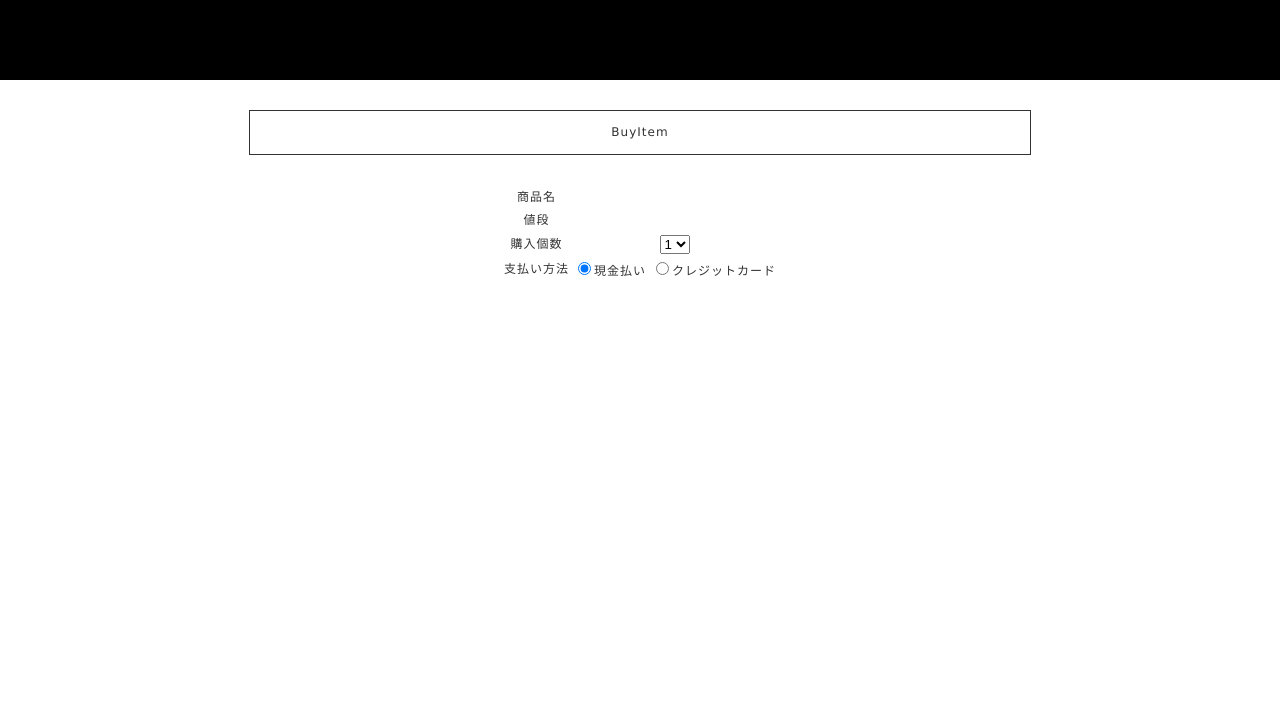
Repository: user-yo-yo/test
Page: http://localhost/ecsite/buyItem.jsp
The author's editor kept a copy of each file at every save. The page is drawn from the files as they stood at one save, then again after the next save.
The browser window is 1280 px wide. The pictures show the whole page.
The page is served by Tomcat 9. Other server files are loaded and not shown.

Above is the page before, as saved 2019-03-08 02:11:30.

### ecsite/WebContent/buyItem.jsp
<%@ page language="java" contentType="text/html; charset=UTF-8"
    pageEncoding="UTF-8"%>
<%@ taglib prefix="s" uri="/struts-tags"%>
<!DOCTYPE html>
<html>
<head>
<meta http-equiv="Content-Type" content="text/html; charset=UTF-8" />
<meta http-equiv="Content-Style-Type" content="text/css" />
<meta http-equiv="Content-Script-Type" content="text/javascript" />
<meta http-equiv="imagetoolbar" content="no" />
<meta name="description" content="" />
<meta name="keywords" content="" />
<title>Home画面</title>

<style type="text/css">
/* ========TAG LAYOUT======== */
body{
	margin:0;
	padding:0;
	line-height:1.6;
	letter-spacing:1px;
	font-family:Verdana,Helvetica,sans-serif;
	font-size:12px;
	color:#333;
	background:#fff;
}

table{
	text-align:center;
	margin:0 auto;
}

/* ========ID LAYOUT======== */
#top{
	width:780px;
	margin:30px auto;
	border:1px solid #333;
}

#header{
	width:100%;
	height:80px;
	background-color:black;
}

#main{
	width:100%;
	height:500px;
	text-align:center;
}

#footer{
	width:100%;
	height:80px;
	background-color:black;
	clear:both;
}

#text-center{
	display:inline-block;
	text-align:center;
}

</style>

</head>
<body>
	<div id="header">
		<div id="pr">
		</div>
	</div>

	<div id="main">
		<div id="top">
			<p>BuyItem</p>
		</div>
		<div>
			<s:form action="BuyItemAction">
				<table>
					<tr>
						<td>
							<span>商品名</span>
						</td>
						<td>
							<s:property value="session.buyItem_name" />
							<br>
						</td>
					</tr>
					<tr>
						<td>
							<span>値段</span>
						</td>
						<td>
							<s:property value="session.buyItem_price" />
							<br>
						</td>
					</tr>
					<tr>
						<td>
							<span>購入個数</span>
						</td>
						<td>
							<select name="count">
								<option value="1" selected="selected">1</option>
								<option value="2">2</option>
								<option value="3">3</option>
								<option value="4">4</option>
								<option value="5">5</option>
							</select>
						</td>
					</tr>
					<tr>
						<td>
							<span>支払い方法</span>
						</td>
						<td>
							<input type="radio" name="pay" value="1" checked="checked">現金払い
							<input type="radio" name="pay" value="2">クレジットカード
						</td>
					</tr>
				</table>
			</s:form>
		</div>
	</div>
</body>
</html>

After the next save:
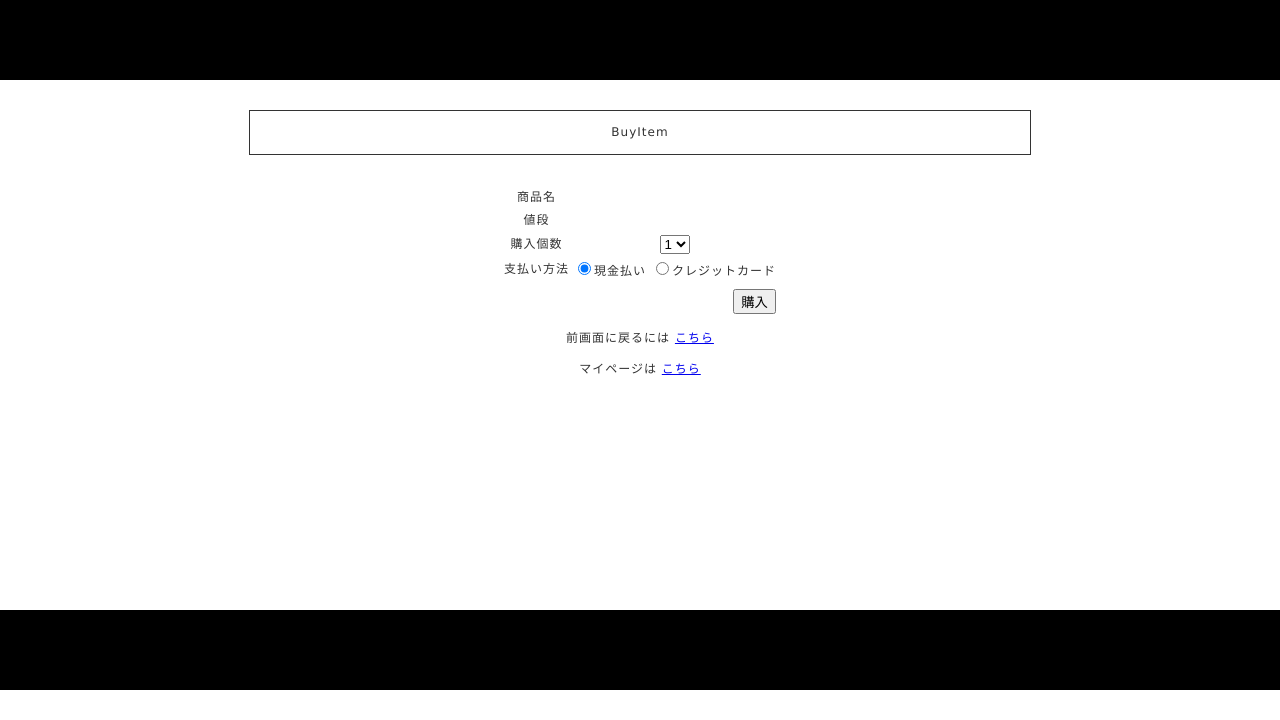
Saved 3 min 43 s later.
--- a/ecsite/WebContent/buyItem.jsp
+++ b/ecsite/WebContent/buyItem.jsp
@@ -118,8 +118,25 @@
 							<input type="radio" name="pay" value="2">クレジットカード
 						</td>
 					</tr>
+					<tr>
+						<td>
+							<s:submit value="購入" />
+						</td>
+					</tr>
 				</table>
 			</s:form>
+		<div>
+			<p>
+				前画面に戻るには <a href='<s:url action="GoHomeAction" />'>こちら</a>
+			</p>
+			<p>
+				マイページは <a href='<s:url action="MyPageAction" />'>こちら</a>
+			</p>
+		</div>
+		</div>
+	</div>
+	<div id="footer">
+		<div id="pr">
 		</div>
 	</div>
 </body>
